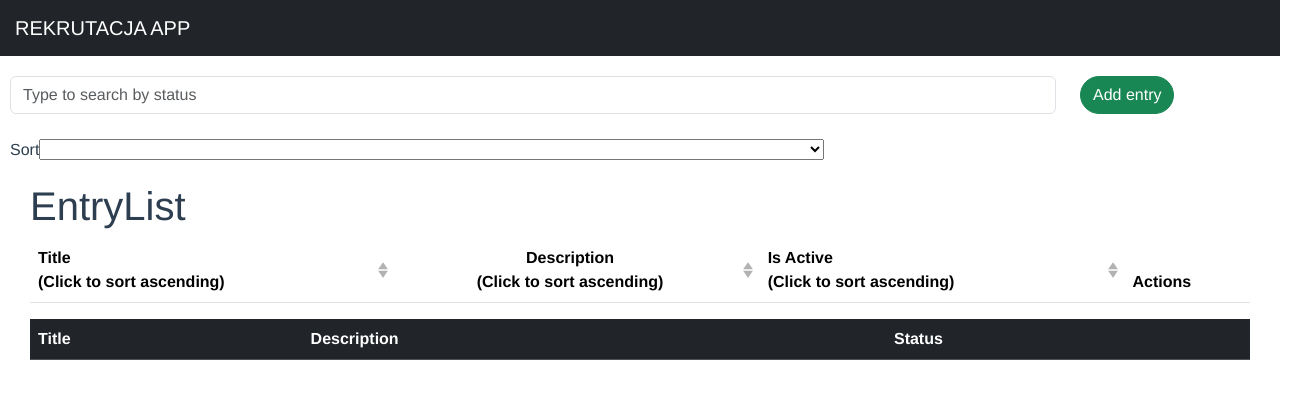
Repository: Madaless/vue_elastic
Page: / (app in vuejsapp/crudapp/)
An editor plug-in stored every save of this project. The page is shown before and after a run of saves, followed by the edit.
The browser window is 1280 px wide. The page is 1292 px wide, so the pictures cover 1292 px, including what lies to the right of the window. The pictures show the whole page.
The page's requests for data from a server got no answer. The project was rebuilt for these pictures with package versions that can differ from the ones it lists, and the page was loaded fresh each time. No one was signed in, and anything a server would have sent is missing.

Above is the page before, as saved 2021-09-12 19:45:49.

### vuejsapp/crudapp/src/main.js
import Vue from 'vue'
import App from './App.vue'
import store from  './store/index'
import { BootstrapVue, IconsPlugin } from 'bootstrap-vue'

// Import Bootstrap an BootstrapVue CSS files (order is important)
import 'bootstrap/dist/css/bootstrap.css'
import 'bootstrap-vue/dist/bootstrap-vue.css'

// Make BootstrapVue available throughout your project
Vue.use(BootstrapVue)
// Optionally install the BootstrapVue icon components plugin
Vue.use(IconsPlugin)

Vue.config.productionTip = false

new Vue({
  store,
  render: h => h(App),
}).$mount('#app')

### vuejsapp/crudapp/src/App.vue
<template>
  <div id="app">
    <b-navbar class="navbar navbar-expand navbar-dark bg-dark">
      <b-navbar-brand id="header" href="#">REKRUTACJA APP</b-navbar-brand>
    </b-navbar>

    <b-row id = "filterEntry">
      <b-col sm="10"><FilterEntry /></b-col>
      <b-col sm="2"><AddEntry /></b-col>
    </b-row>

    <EntryList />
  </div>
</template>

<script>
import AddEntry from "./components/AddEntry.vue";
import FilterEntry from "./components/FilterEntry.vue";
import EntryList from "./components/EntryList.vue";

export default {
  name: "App",
  components: {
    AddEntry,
    FilterEntry,
    EntryList,
  },
};
</script>

<style>
#app {
  font-family: Avenir, Helvetica, Arial, sans-serif;
  -webkit-font-smoothing: antialiased;
  -moz-osx-font-smoothing: grayscale;
  color: #2c3e50;
}
#header {
  padding-left: 15px;
}

#filterEntry {
    padding-top: 20px;
    padding-bottom: 20px;
    padding-left: 10px;
    padding-right: 10px;
}
</style>

### vuejsapp/crudapp/src/store/index.js
import Vuex from 'vuex';
import Vue from 'vue';
import entryList from './modules/entryList';

Vue.use(Vuex);

export default new Vuex.Store({
    modules: {
        entryList
    }
})

### vuejsapp/crudapp/src/components/AddEntry.vue
<template>
  <div>
    <b-button pill block variant="success">Add entry</b-button>
  </div>
</template>

<script>
export default {
  setup() {},
};
</script>

<style scoped>
</style>

### vuejsapp/crudapp/src/components/FilterEntry.vue
<template>
  <div>
    <b-form-input
      id="filter-input"
      v-model="filter"
      type="search"
      placeholder="Type to search by status"
    ></b-form-input>

      <b-form-group
        label-for="sort-by-select"
        label-cols-sm="3"
        label-align-sm="right"
        label-size="sm"
        class="mb-0"
        v-slot="{ ariaDescribedby }"
      >
      <label>Sort  {{&nbsp}}</label>
        <b-form-select
          id="sort-by-select"
          v-model="sortBy"
          :options="sortOptions"
          :aria-describedby="ariaDescribedby"
          size="l"
          class="w-75"
        >
          <template #first>
            <option value="">-- none --</option>
          </template>
        </b-form-select>
      </b-form-group>
  </div>
</template>

<script>
export default {
  setup() {},
  data() {
    return {
      sortOptions: ["no", "yes"],
    };
  },
};
</script>

<style scoped>
</style>

### vuejsapp/crudapp/src/components/EntryList.vue
<template>
  <div id="entryList">
    <h1>EntryList</h1>

    <div class="todos">
      <b-table :items="entryList" :fields="fields">
        <template #cell(name)="row">
          {{ row.value.first }} {{ row.value.last }}
        </template>

        <template #cell(actions)="row">
          <b-button
            pill
            size="sm"
            @click="info(row.item, row.index, $event.target)"
            class="mr-1"
          >
            Info modal
          </b-button>
          <b-button size="sm" pill @click="row.toggleDetails">
            {{ row.detailsShowing ? "Hide" : "Show" }} Details
          </b-button>
          <b-button size="sm" pill block variant="danger"
            >Delete entry</b-button>
        </template>

        <template #row-details="row">
          <b-card>
            <ul>
              <li v-for="(value, key) in row.item" :key="key">
                {{ key }}: {{ value }}
              </li>
            </ul>
          </b-card>
        </template>
      </b-table>
      <table class="table table-striped table-dark">
        <thead>
          <tr>
            <th>Title</th>
            <th>Description</th>
            <th>Status</th>
          </tr>
        </thead>
        <tbody>
          <tr v-for="entry in entryList" v-bind:key="entry.key">
            <td>{{ entry.title }}</td>
          </tr>
        </tbody>
      </table>
    </div>
  </div>
</template>

<script>
import { mapGetters, mapActions } from "vuex";

export default {
  name: "EntryList",
  methods: {
    ...mapActions(["fetchEntryList"]),
  },
  computed: mapGetters(["entryList"]),
  created() {
    this.fetchEntryList();
  },
  data() {
    return {
      items: [
        {
          isActive: true,
          age: 40,
          name: { first: "Dickerson", last: "Macdonald" },
        },
        { isActive: false, age: 21, name: { first: "Larsen", last: "Shaw" } },
        {
          isActive: false,
          age: 9,
          name: { first: "Mini", last: "Navarro" },
          _rowVariant: "success",
        },
        { isActive: false, age: 89, name: { first: "Geneva", last: "Wilson" } },
        { isActive: true, age: 38, name: { first: "Jami", last: "Carney" } },
        { isActive: false, age: 27, name: { first: "Essie", last: "Dunlap" } },
        { isActive: true, age: 40, name: { first: "Thor", last: "Macdonald" } },
        {
          isActive: true,
          age: 87,
          name: { first: "Larsen", last: "Shaw" },
          _cellVariants: { age: "danger", isActive: "warning" },
        },
        { isActive: false, age: 26, name: { first: "Mitzi", last: "Navarro" } },
        {
          isActive: false,
          age: 22,
          name: { first: "Genevieve", last: "Wilson" },
        },
        { isActive: true, age: 38, name: { first: "John", last: "Carney" } },
        { isActive: false, age: 29, name: { first: "Dick", last: "Dunlap" } },
      ],
      fields: [
        {
          key: "title",
          label: "Title",
          sortable: true,
          sortDirection: "desc",
        },
        {
          key: "description",
          label: "Description",
          sortable: true,
          class: "text-center",
        },
        {
          key: "isActive",
          label: "Is Active",
          formatter: (value) => {
            return value ? "Yes" : "No";
          },
          sortable: true,
          sortByFormatted: true,
          filterByFormatted: true,
        },
        { key: "actions", label: "Actions" },
      ],
    };
  },
};
</script>

<style scoped>
#entryList {
  padding-left: 30px;
  padding-right: 30px;
}
</style>

### vuejsapp/crudapp/src/store/modules/entryList.js
import axios from 'axios';

const state = {
  entryList: []
};
// get the state
const getters = {
  entryList: (state) => {
    return state.entryList
  }
};

const actions = {
    // fetch from api
  async fetchEntryList({ commit }) {
    const response = await axios.get('https://jsonplaceholder.typicode.com/todos');

    commit('setEntryList', response.data);
  }
}

const mutations = {
    setEntryList: (state, entryList) => (state.entryList = entryList)
};

export default {
    state,
    getters,
    actions,
    mutations
};

Loaded but not shown: vuejsapp/crudapp/public/index.html (common file)

After the next 2 saves:
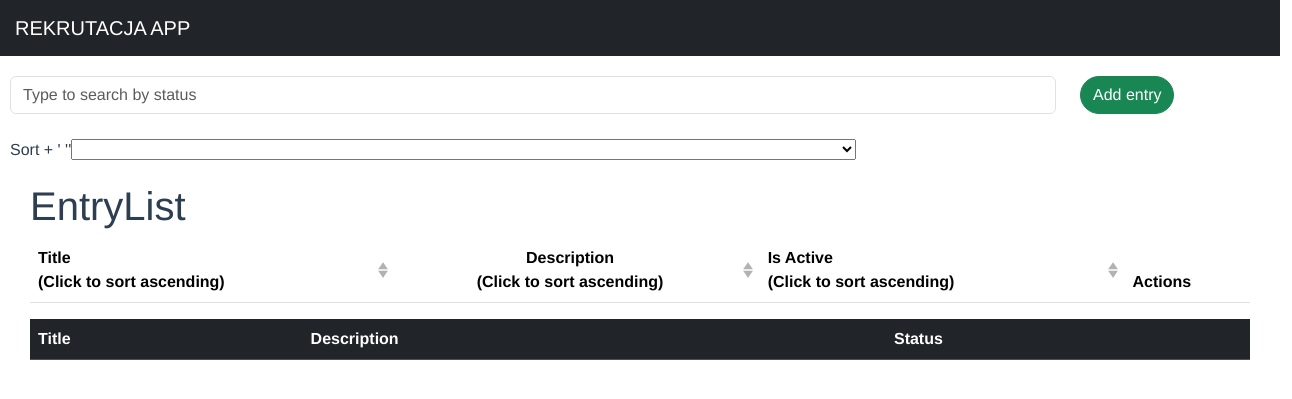
The 2 saves are shown as one change because they came seconds apart.
The last was saved 18 s later.
--- a/vuejsapp/crudapp/src/components/FilterEntry.vue
+++ b/vuejsapp/crudapp/src/components/FilterEntry.vue
@@ -15,7 +15,7 @@
         class="mb-0"
         v-slot="{ ariaDescribedby }"
       >
-      <label>Sort  {{&nbsp}}</label>
+      <label>Sort + ' '' </label>
         <b-form-select
           id="sort-by-select"
           v-model="sortBy"
